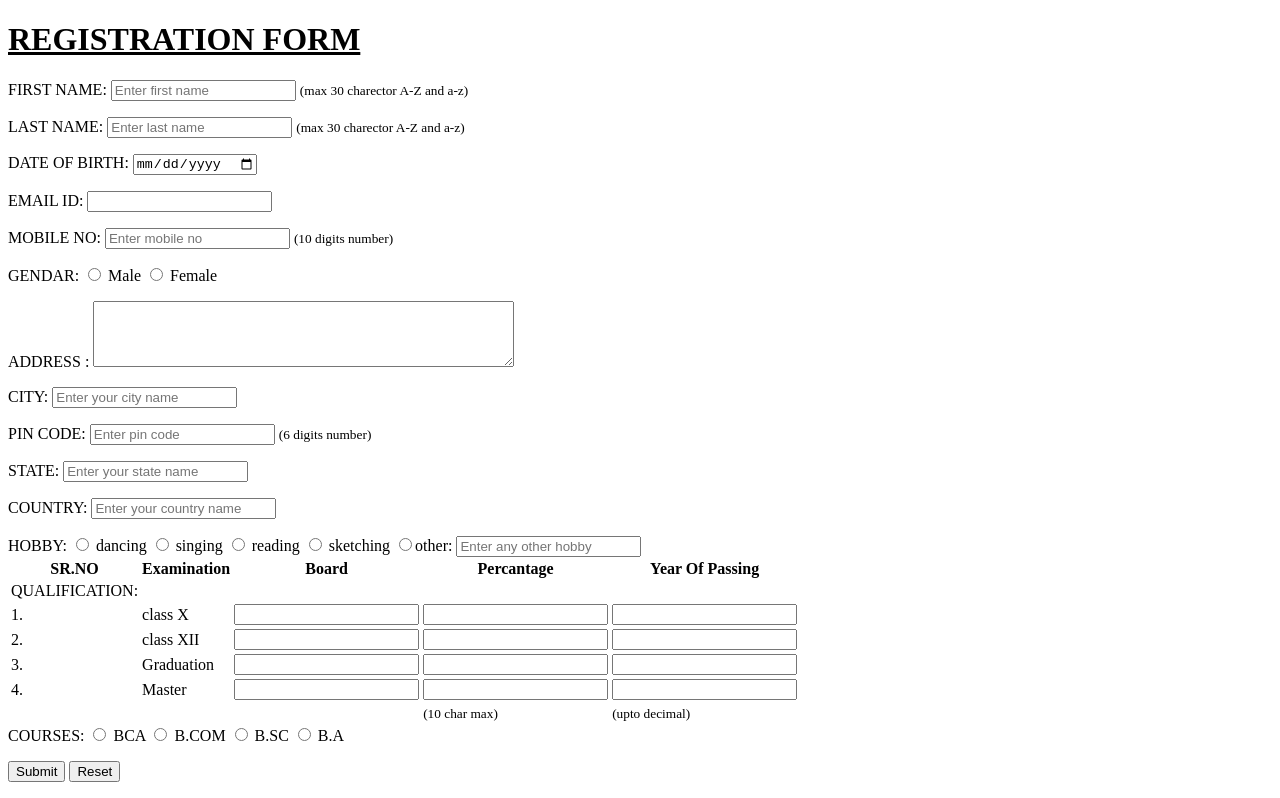
Repository: MintuKrishnan/subrahmanyam-batch
Page: front-end/html/form.html
These files come from the project's save history. The page is drawn as it stood at one moment and after the next save; the edit follows.
The browser window is 1280 px wide. The pictures show the whole page.

Above is the page before, as saved 2021-02-26 14:35:16.

After the next save:
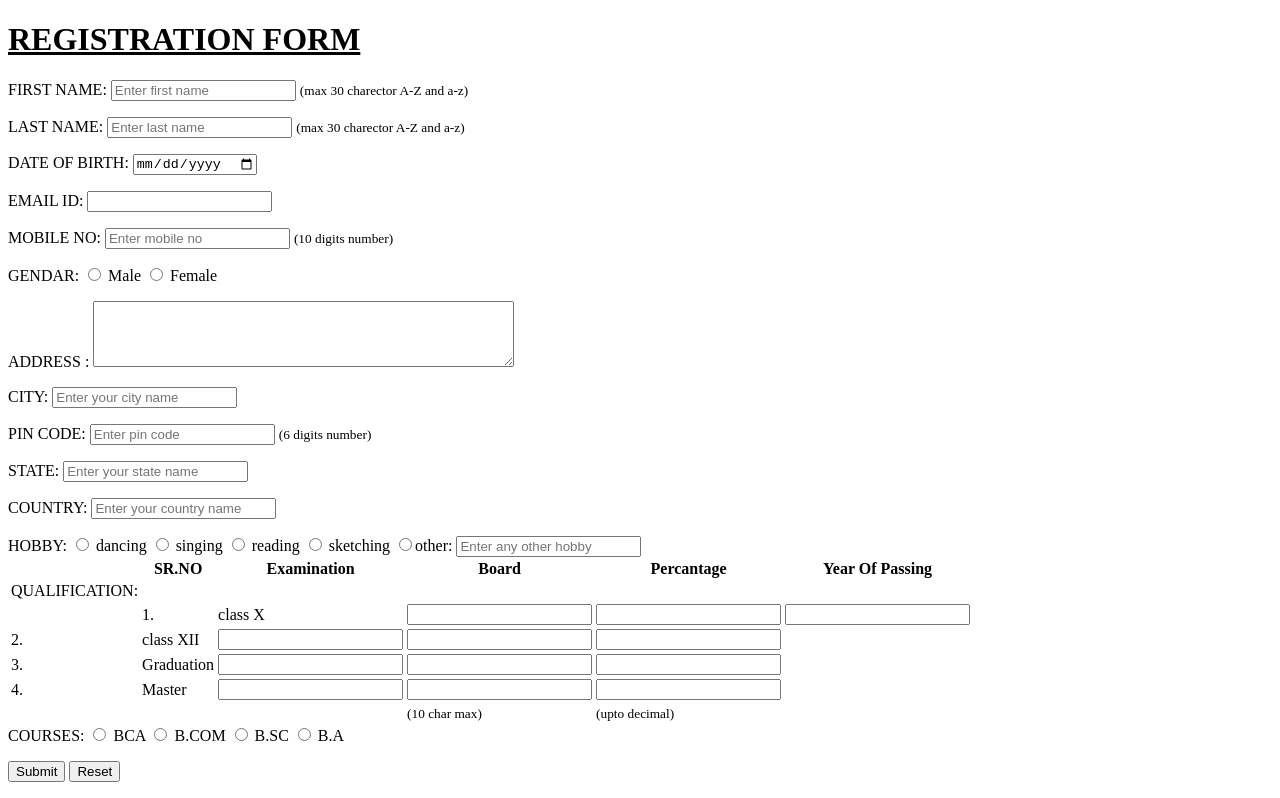
Saved 15 s later.
--- a/front-end/html/form.html
+++ b/front-end/html/form.html
@@ -73,7 +73,7 @@
             <td> QUALIFICATION:</tr></td>
 
         <thead>
-            <tr>
+            <th></th>
             <th>SR.NO</th>
             <th>Examination</th>
             <th>Board</th>
@@ -82,6 +82,7 @@
             </tr>
         </thead>
         <tr>
+            <td></td>
             <td>1.</td>
             <td>class X</td>
             <td><input type="text"></td>
